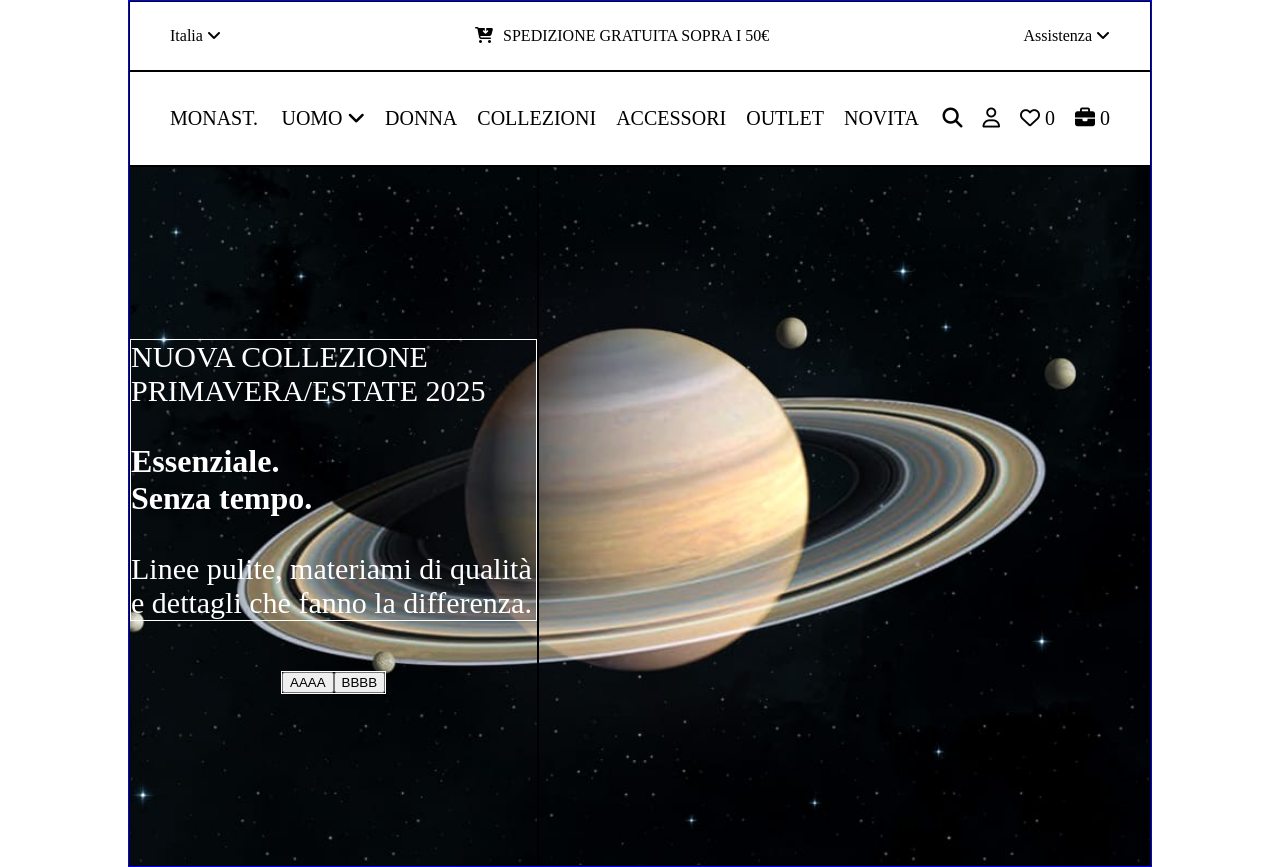
Repository: jacoporm1989/studioFlexbox
Page: FLEXBOX/header+navbar+hero1/index.html
These files come from the project's save history. The page is drawn as it stood at one moment and after the next save; the edit follows.
The browser window is 1280 px wide. The pictures show the whole page.

Above is the page before, as saved 2026-06-17 12:16:00.

### FLEXBOX/header+navbar+hero1/index.html
<!DOCTYPE html>
<html lang="en">

<head>
    <meta charset="UTF-8">
    <meta name="viewport" content="width=device-width, initial-scale=1.0">
    <link rel="stylesheet" href="style.css">
    <link rel="stylesheet" href="https://cdnjs.cloudflare.com/ajax/libs/font-awesome/6.7.2/css/all.min.css">
    <title>Header+Hero</title>
</head>

<body>


    <div class="container">


        <header>

            <div class="menu-sopra">

                <ul>
                    <li class="paese"><a href="#">Italia
                            <i class="fa-solid fa-angle-down"></i>
                            <i class="fa-solid fa-angle-up"></i>
                        </a>
                    </li>
                    <li><i class="fa-solid fa-cart-arrow-down"></i>
                        <p>SPEDIZIONE GRATUITA SOPRA I 50€</p>
                    </li>
                    <li class="assistenza"><a href="#">Assistenza

                            <i class="fa-solid fa-angle-down"></i>
                            <i class="fa-solid fa-angle-up"></i>
                        </a>
                    </li>

                </ul>


            </div>



            <nav>

                <ul class="first-ul">
                    <li>MONAST.</li>

                </ul>

                <ul class="second-ul">
                    <li class="uomo"><a href="#">UOMO
                            <i class="fa-solid fa-angle-down"></i>
                            <i class="fa-solid fa-angle-up"></i></a>
                        <ul class="uomo-submenu">
                            <li>
                                <ul class="uomo-submenu-inner">
                                    <li>
                                        <ul class="abbigliamento">
                                            <li>
                                                <h4>ABBIGLIAMENTO</h4>
                                            </li>
                                            <li>
                                                <ul class="items">
                                                    <li class="item"><a href="">aaaa</a></li>
                                                    <li class="item"><a href="">bbbb</a></li>
                                                    <li class="item"><a href="">ccccc</a></li>
                                                    <li class="item"><a href="">ddddd</a></li>
                                                    <li class="item"><a href="">eeeeee</a></li>
                                                </ul>
                                            </li>
                                        </ul>
                                    </li>
                                    <li>
                                        <ul class="scarpe">
                                            <li>
                                                <h4>SCARPE</h4>
                                            </li>
                                            <li>
                                                <ul class="items">
                                                    <li class="item"><a href="">AAAAAA</a></li>
                                                    <li class="item"><a href="">BBBBBB</a></li>
                                                    <li class="item"><a href="">CCCCC</a></li>
                                                    <li class="item"><a href="">DDDDDD</a></li>
                                                    <li class="item" style="visibility: hidden;"><a href=""> EEEEEE</a>
                                                    </li>
                                                </ul>
                                            </li>
                                        </ul>
                                    </li>
                                    <li>
                                        <ul class="accessori">
                                            <li>
                                                <h4>ACCESSORI</h4>
                                            </li>
                                            <li>
                                                <ul class="items">
                                                    <li class="item"><a href="">111</a></li>
                                                    <li class="item"><a href="">222</a></li>
                                                    <li class="item"><a href="">333</a></li>
                                                    <li class="item"><a href="">444</a></li>
                                                    <li class="item"><a href="">555</a></li>
                                                </ul>
                                            </li>
                                        </ul>
                                    </li>
                                </ul>
                            </li>
                            <li class="footer-uomo">
                                <p>322323r23r2r</p>
                            </li>

                        </ul>
                    </li>


                    <li><a href="#">DONNA</a></li>
                    <li><a href="#">COLLEZIONI</a></li>
                    <li><a href="#">ACCESSORI</a></li>
                    <li><a href="#">OUTLET</a></li>
                    <li><a href="#">NOVITA</a></li>
                </ul>


                <ul class="third-ul">
                    <li><a href="#"><i class="fa-solid fa-magnifying-glass"></i></a></li>
                    <li><a href="#"><i class="fa-regular fa-user"></i></a></li>
                    <li class="zero"><a href="#"><i class="fa-regular fa-heart"></i>
                            <span>0</span></a>
                    </li>
                    <li class="zero"><a href="#"><i class="fa-solid fa-briefcase"></i>
                            <span>0</span></a>
                    </li>

                </ul>
            </nav>


        </header>

        <div class="hero">

            <div class="hero-testo">
                <div class="hero-words">
                    <p>NUOVA COLLEZIONE PRIMAVERA/ESTATE 2025</p>
                    <h1>Essenziale. <br> Senza tempo.</h1>
                    <p>Linee pulite, materiami di qualità <br> e dettagli che fanno la differenza.</p>
                </div>
                <div class="hero-buttons">
                    <button>AAAA</button>
                    <button>BBBB</button>
                </div>
            </div>
            <div class="hero-nothing"></div>

        </div>









    </div>


</body>

</html>

### FLEXBOX/header+navbar+hero1/style.css
* {
    box-sizing: border-box;
    margin: 0;
}

a,
a:visited,
a:hover,
a:active {
    text-decoration: none;
    cursor: pointer;
    color: inherit;
}

.fa-angle-up{
    display:none !important;
}


.container {
    border: 1px solid blue;
    width: 80%;
    margin: auto;
}




.menu-sopra {
    border: 1px solid black;
    padding: 25px 40px;
}

.menu-sopra ul, nav ul {
    display: flex;
    flex-direction: row;
    justify-content: space-between;
    list-style: none;
    margin: 0;
    padding: 0;
}

.paese:hover .fa-angle-down, .assistenza:hover .fa-angle-down {
    display:none !important;
}

.paese:hover .fa-angle-up, .assistenza:hover .fa-angle-up {
    display:inline !important;
}


.menu-sopra ul li {
    display: flex;
    flex-direction: row;
    gap: 10px;
}





nav{
    border: 1px solid black;
    padding: 35px 40px;
    display:flex;
    flex-direction: row;
    justify-content: space-between;
    font-size:20px;
}



.first-ul, .second-ul, .third-ul{
    display:flex;
    gap:20px;
}




.uomo:hover .fa-angle-down{
    display:none !important;
}

.uomo:hover .fa-angle-up{
    display:inline-block !important;
}


.uomo{
    position:relative;
}

.uomo:hover .uomo-submenu{
    display:block;
    border:1px solid black;
    background-color:white;
    margin-left:40px;
    padding:28px;
    position:absolute;

}

.uomo-submenu{
    display:none;

}

.uomo-submenu-inner{
    display:flex;
    flex-direction:row;
    gap:30px;
}

.abbigliamento, .scarpe, .accessori{
    display:flex;
    flex-direction:column;
}

.abbigliamento .items , .scarpe .items, .accessori .items{
    display:flex;
    flex-direction:column;
    gap:15px;
    width:176px;
}

.abbigliamento .items , .scarpe .items{
    border-right:0.1px dotted grey;
}

h4{
    margin-bottom:20px;
}

.uomo-submenu > li:first-child{
    margin-bottom:30px;
}

.uomo-submenu .footer-uomo{
    border-top:1px dotted grey;
    padding-top:20px;
    text-align:center;
}

.hero{
    display:flex;
    height:700px;
    background-image: url("1140x641.jpg");
    background-repeat: no-repeat;
    background-position: center;
    background-size: cover;
}

.hero-testo,.hero-nothing{

    border:1px solid black;

}

.hero-testo{
    flex:2;
    display:flex;
    flex-direction:column;
    justify-content:center;
    align-items:center;
    gap:50px;
}

.hero-nothing{
    flex:3;
}

.hero-words{
    display:flex;
    flex-direction:column;
    justify-content:center;
    border:1px solid white;
    color:white;
    gap:35px;
}



.hero-buttons{
    border:1px solid white;
    display:flex;

}

.hero-words p{
    font-size:30px;
}

After the next save:
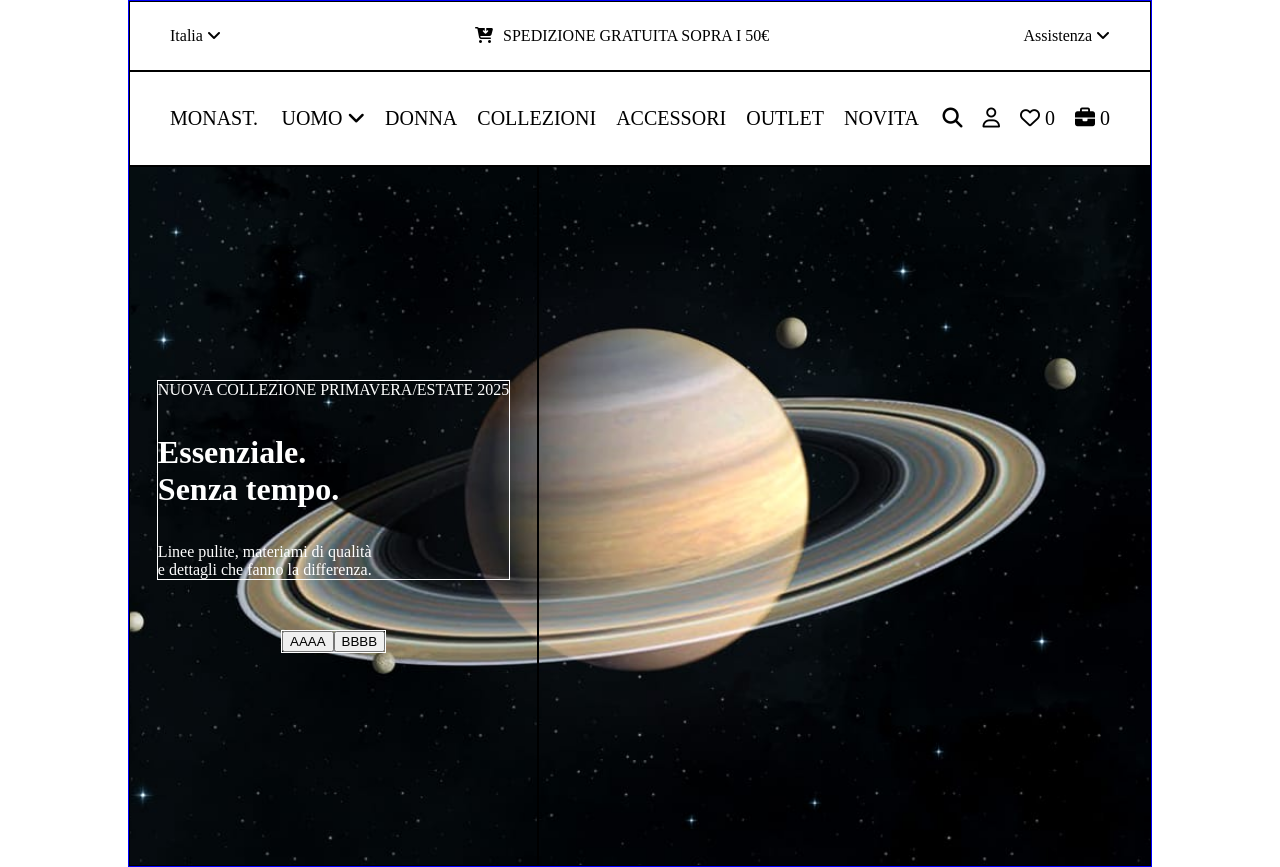
Saved 20 s later.
--- a/FLEXBOX/header+navbar+hero1/style.css
+++ b/FLEXBOX/header+navbar+hero1/style.css
@@ -186,7 +186,3 @@
     display:flex;
 
 }
-
-.hero-words p{
-    font-size:30px;
-}

After the save that followed:
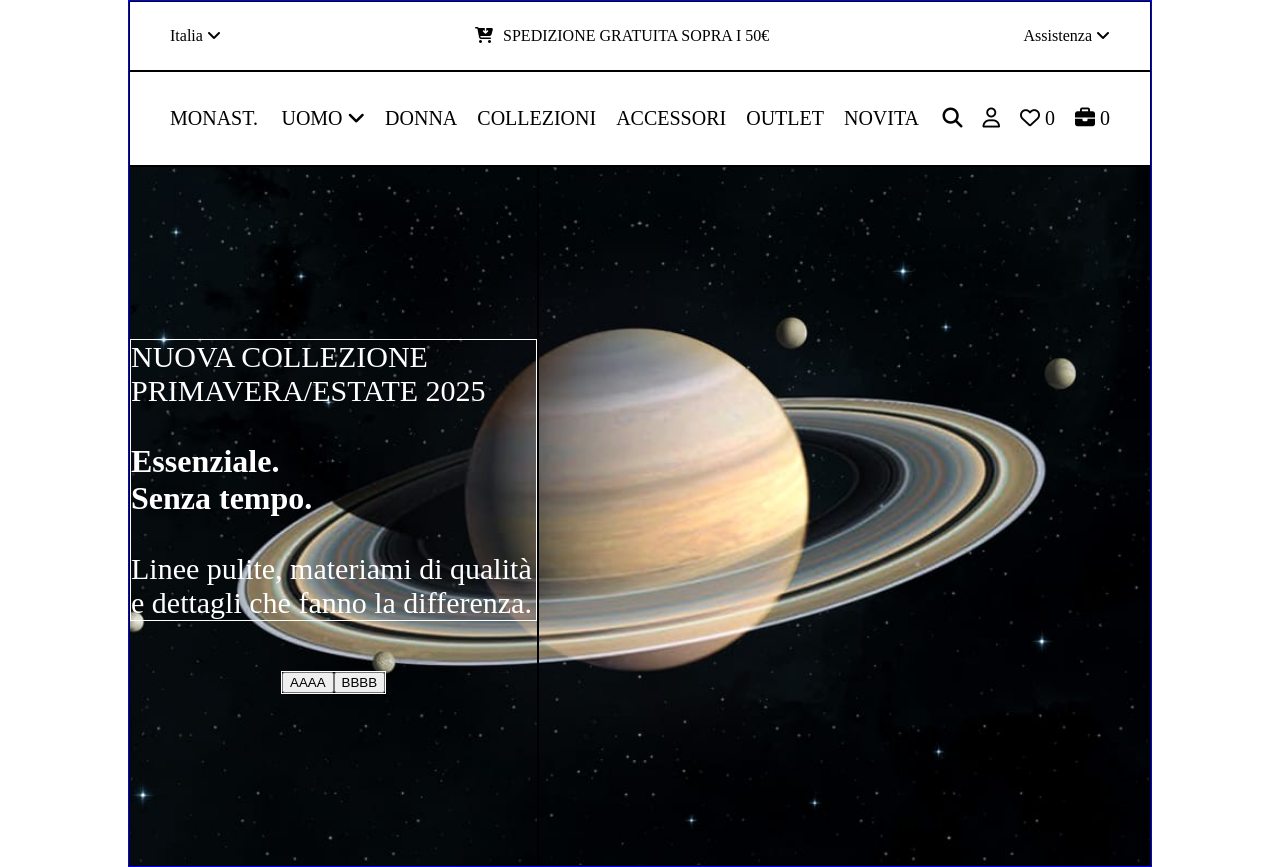
Saved 2 min 8 s later.
--- a/FLEXBOX/header+navbar+hero1/style.css
+++ b/FLEXBOX/header+navbar+hero1/style.css
@@ -186,3 +186,7 @@
     display:flex;
 
 }
+
+.hero-words p{
+    font-size:30px;
+}
